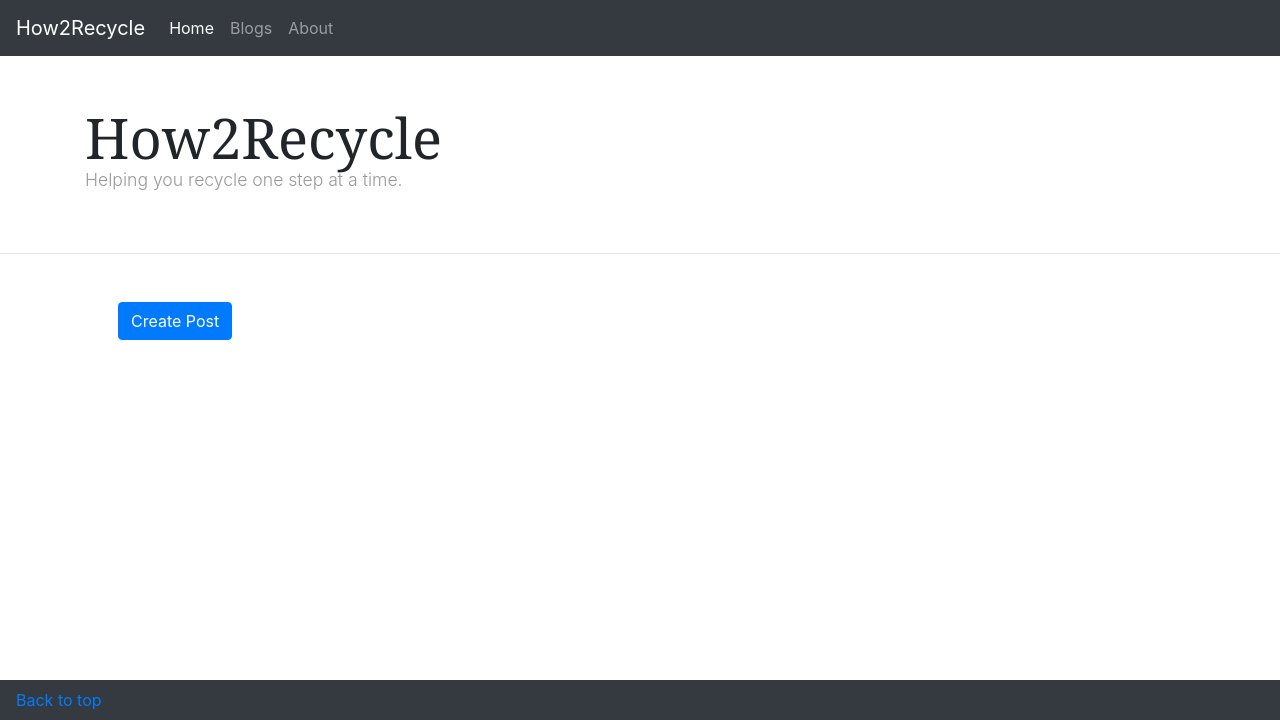
Repository: AshokSasi/CopyNPasta-Recycle-App
Page: http://localhost/posts/index
These files come from the project's save history. The page is drawn as it stood at one moment and after a run of saves; the edit follows.
The browser window is 1280 px wide. The pictures show the whole page.
The page is served by the project's Laravel application, run on PHP 8.4 with Laravel 8. Queries for data that is not in the repository find no rows.

Above is the page before, as saved 2021-09-25 15:26:57.

After the next 2 saves:
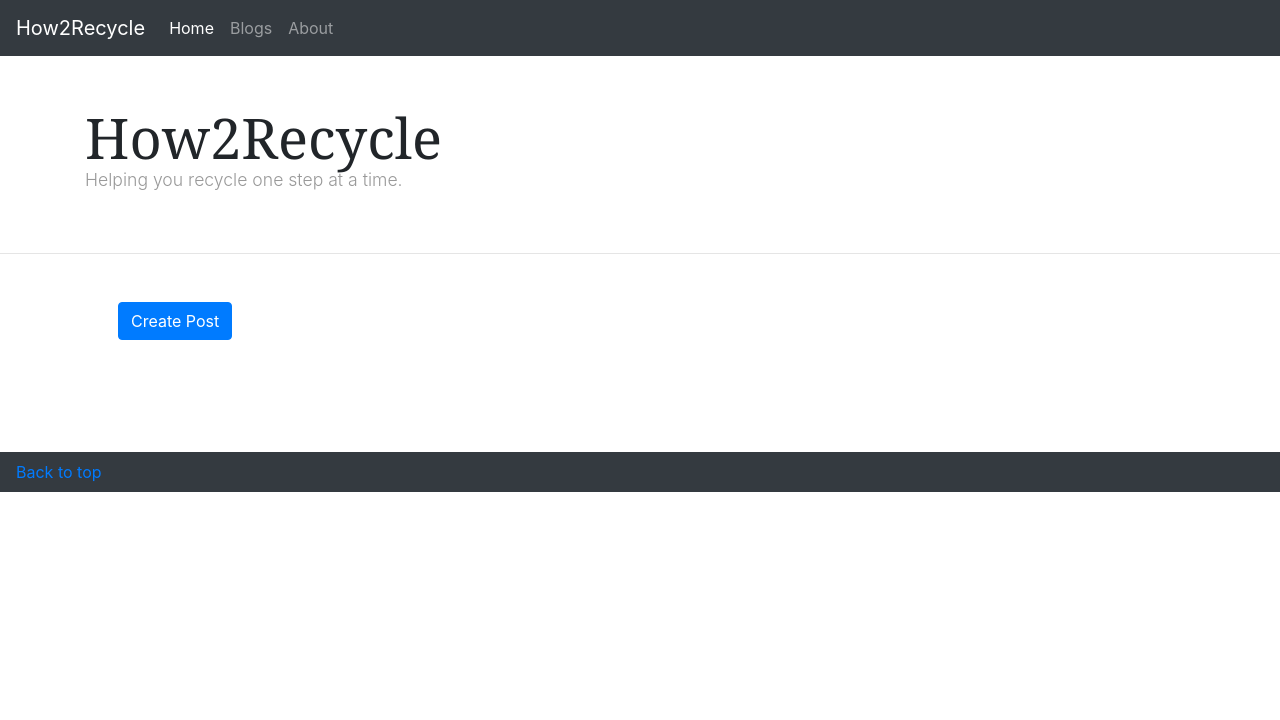
The 2 saves are shown as one change because they came seconds apart.
The last was saved 27 s later.
--- a/resources/views/layouts/footer.blade.php
+++ b/resources/views/layouts/footer.blade.php
@@ -1,4 +1,4 @@
-<footer class="navbar fixed-bottom navbar-dark bg-dark footer">
+<footer class="navbar navbar-dark bg-dark footer">
     <a href="#">Back to top</a>
   </p>
 </footer>
